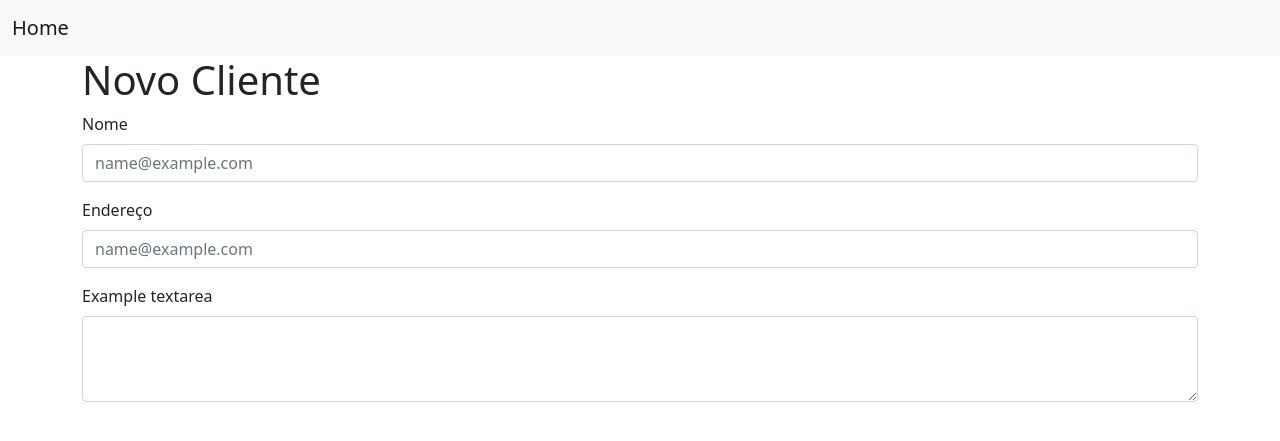
Repository: Luckycaat/eloquent-ORM
Page: http://localhost/clients/create
An editor plug-in stored every save of this project. The page is shown before and after the next save, followed by the edit.
The browser window is 1280 px wide. The pictures show the whole page.
The page is served by the project's Laravel application, run on PHP 8.4 with Laravel 9. Other server files are loaded and not shown.

Above is the page before, as saved 2022-09-20 15:29:45.

### routes/web.php
<?php

use App\Http\Controllers\ClientController;
use App\Http\Controllers\Saudacao;
use App\Http\Controllers\SiteController;

use Illuminate\Support\Facades\Route;

/*
|--------------------------------------------------------------------------
| Web Routes
|--------------------------------------------------------------------------
|
| Here is where you can register web routes for your application. These
| routes are loaded by the RouteServiceProvider within a group which
| contains the "web" middleware group. Now create something great!
|
*/

// Route::get('/', function () {
//     return view('welcome');
// });

Route::get('/', [SiteController::class, 'index'])->name('index');
Route::get('/sobre', [SiteController::class, 'sobre']);
Route::get('/servicos', [SiteController::class, 'servicos']);
Route::get('/servico/{id}', [SiteController::class, 'servico']);

Route::get('/saudacao/{nome?}', Saudacao::class);

Route::get('/clients', [ClientController::class, 'index'])->name('clients.index');
Route::get('/clients/create', [ClientController::class, 'create'])->name('clients.create');
Route::get('/clients/{id}', [ClientController::class, 'show'])->name('clients.show');

### app/Http/Controllers/Saudacao.php
<?php

namespace App\Http\Controllers;

use Illuminate\Contracts\View\View;
use Illuminate\Http\Request;

class Saudacao extends Controller
{
    /**
     * Handle the incoming request.
     *
     * @param  string $nome
     * @return void
     */
    public function __invoke(string $nome = 'Pedro')
    {
        return view('saudacao', [
            'nome' => $nome,
        ]);
        // return view('saudacao')->with('nome', $nome);

    }
}

### app/Http/Controllers/ClientController.php
<?php

namespace App\Http\Controllers;

use Illuminate\Http\Request;
use App\Models\Client;

class ClientController extends Controller
{
    public function index()
    {
        $clients = Client::get();

        return view('clients.index', [
            'clients' => $clients,
        ]);
    }

    public function show(int $id)
    {
        $client = Client::find($id);

        return view('clients.show', [
            'client' => $client
        ]);
    }

    public function create()
    {
        return view('clients.create');
    }
}

### resources/views/clients/create.blade.php
@extends('app')
@section('titulo', 'Novo Cliente')
@section('conteudo')
    <h1>Novo Cliente</h1>
    <form action="">
        <div class="mb-3">
            <label for="name" class="form-label">Nome</label>
            <input type="email" class="form-control" id="name" placeholder="name@example.com">
        </div>
        <div class="mb-3">
            <label for="endereco" class="form-label">Endereço</label>
            <input type="email" class="form-control" id="endereco" placeholder="name@example.com">
        </div>
        <div class="mb-3">
            <label for="exampleFormControlTextarea1" class="form-label">Example textarea</label>
            <textarea class="form-control" id="exampleFormControlTextarea1" rows="3"></textarea>
        </div>
    </form>

@endsection

### resources/views/app.blade.php
<!doctype html>
<html lang="en">

<head>

    <meta charset="utf-8">
    <meta name="viewport" content="width=device-width, initial-scale=1">


    <link href="https://cdn.jsdelivr.net/npm/bootstrap@5.0.2/dist/css/bootstrap.min.css" rel="stylesheet"
        integrity="sha384-EVSTQN3/azprG1Anm3QDgpJLIm9Nao0Yz1ztcQTwFspd3yD65VohhpuuCOmLASjC" crossorigin="anonymous">

    <title>@yield('titulo')</title>
</head>

<body>
    <nav class="navbar navbar-light bg-light">
        <div class="container-fluid">
            <a class="navbar-brand" href="{{ route('index') }}">Home</a>
        </div>
    </nav>

    <div class="container">
        @yield('conteudo')
    </div>


    <script src="https://cdn.jsdelivr.net/npm/bootstrap@5.0.2/dist/js/bootstrap.bundle.min.js"
        integrity="sha384-MrcW6ZMFYlzcLA8Nl+NtUVF0sA7MsXsP1UyJoMp4YLEuNSfAP+JcXn/tWtIaxVXM" crossorigin="anonymous">
    </script>

</body>

</html>

Loaded but not shown: app/Http/Controllers/Controller.php (common file)

After the next save:
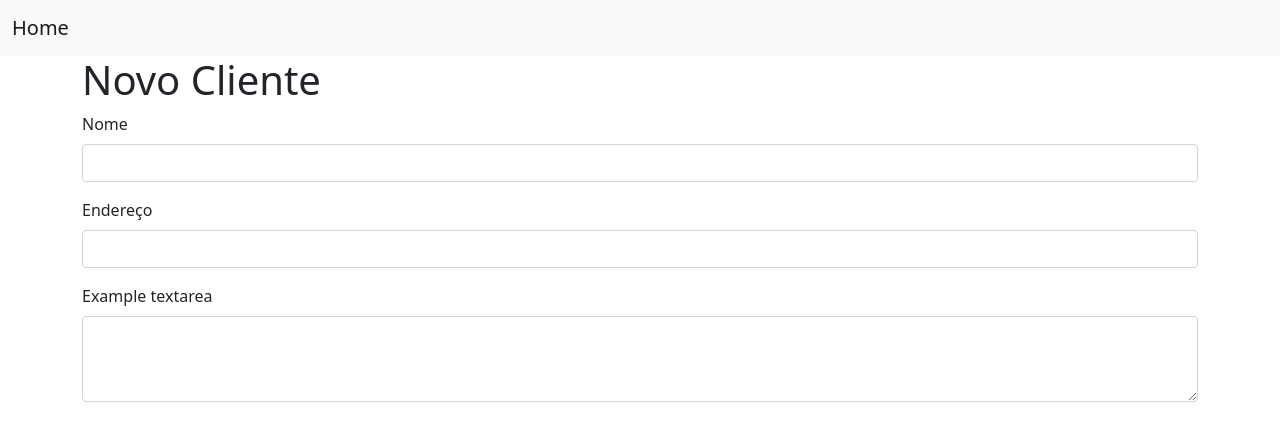
Saved 7 s later.
--- a/resources/views/clients/create.blade.php
+++ b/resources/views/clients/create.blade.php
@@ -5,11 +5,11 @@
     <form action="">
         <div class="mb-3">
             <label for="name" class="form-label">Nome</label>
-            <input type="email" class="form-control" id="name" placeholder="name@example.com">
+            <input type="email" class="form-control" id="name" placeholder="">
         </div>
         <div class="mb-3">
             <label for="endereco" class="form-label">Endereço</label>
-            <input type="email" class="form-control" id="endereco" placeholder="name@example.com">
+            <input type="email" class="form-control" id="endereco" placeholder="">
         </div>
         <div class="mb-3">
             <label for="exampleFormControlTextarea1" class="form-label">Example textarea</label>
